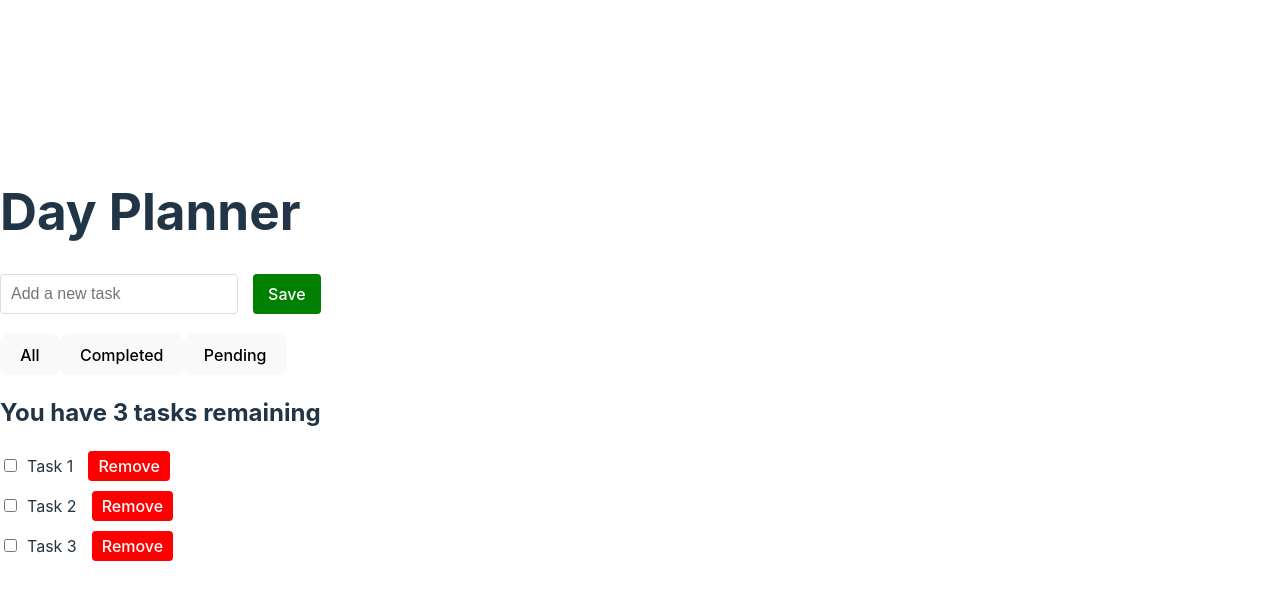
Repository: GavinPahal/Lab7
Page: /
These files come from the project's save history. The page is drawn as it stood at one moment and after the next save; the edit follows.
The browser window is 1280 px wide. The pictures show the whole page.
The project was rebuilt for these pictures with package versions that can differ from the ones it lists, and the page was loaded fresh each time. Also part of the build but not shown: vite.config.js.

Above is the page before, as saved 2024-10-28 14:29:05.

After the next save:
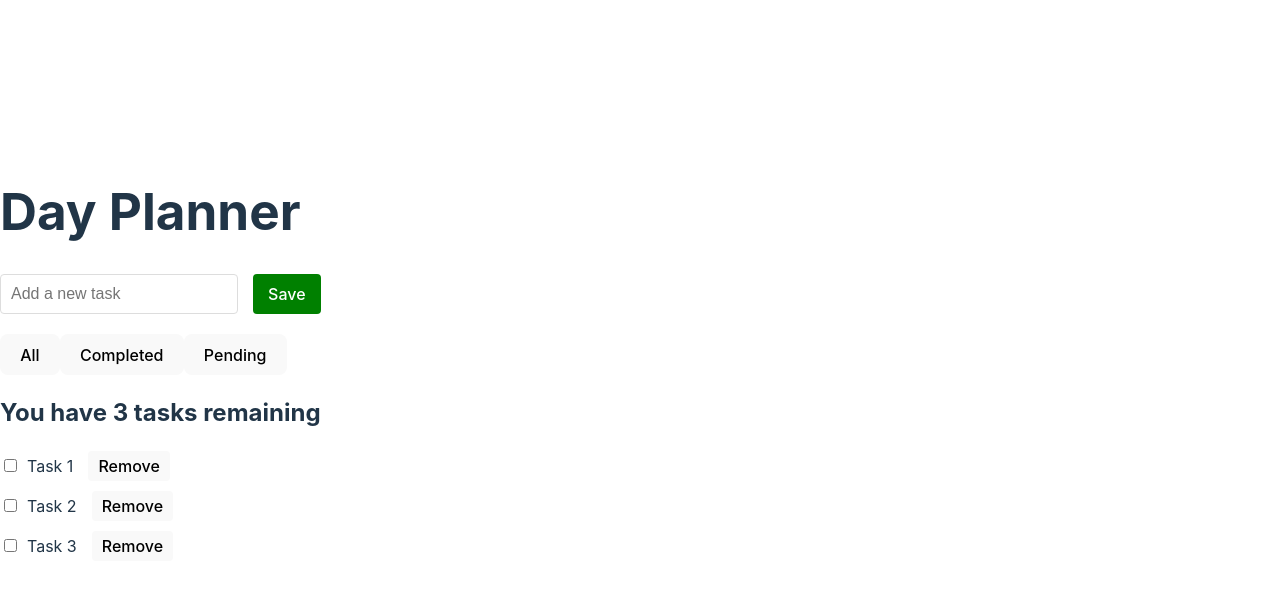
Saved 22 s later.
--- a/src/App.css
+++ b/src/App.css
@@ -41,8 +41,6 @@
 }
 
 .remove-button {
-  background-color: red; /* Red background for remove button */
-  color: white; /* White text for contrast */
   padding: 5px 10px; /* Padding for the button */
   border: none; /* No border */
   cursor: pointer; /* Pointer cursor on hover */
